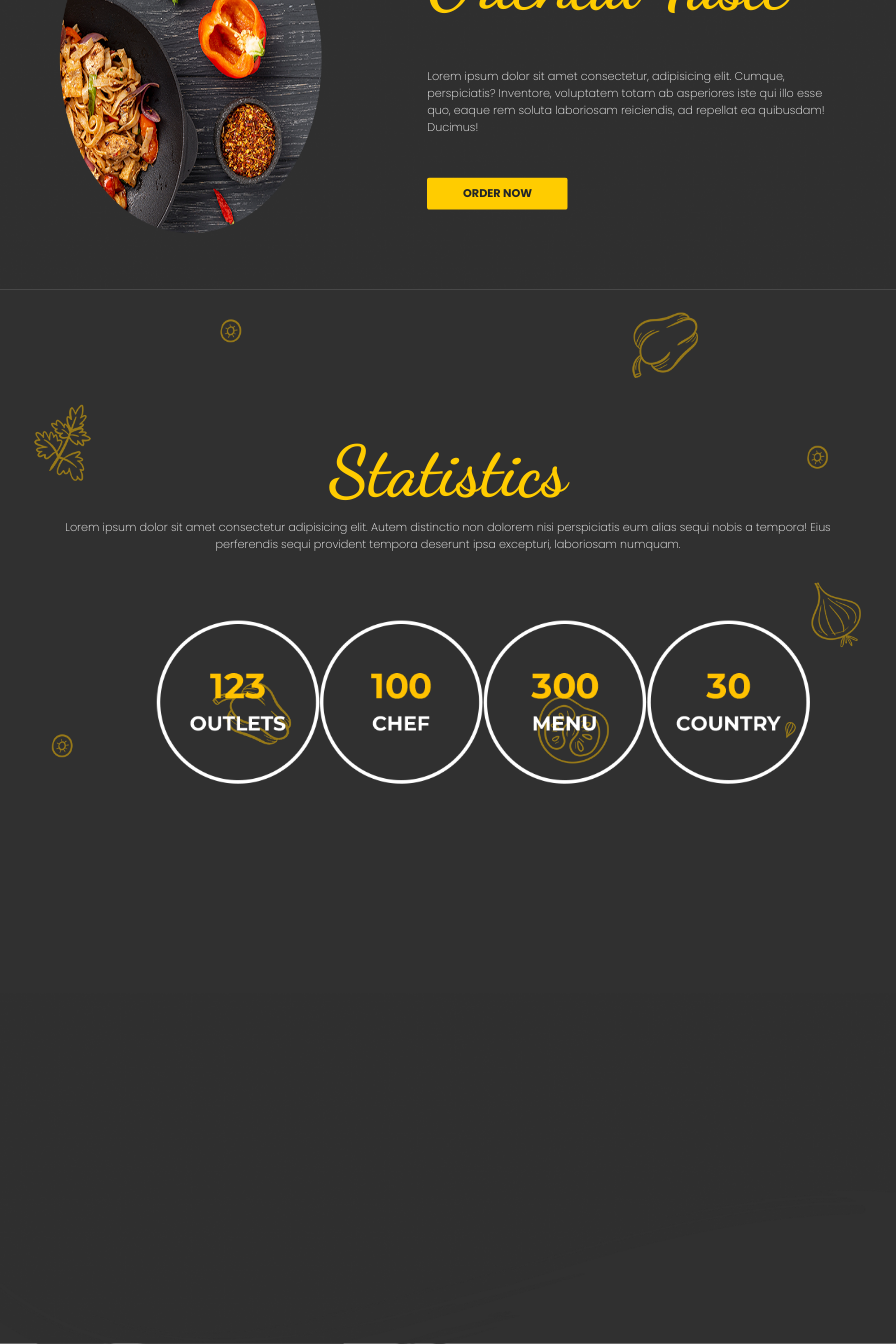
Repository: iphoneboy46/templateRestaurent
Page: index.html
These files come from the project's save history. The page is drawn as it stood at one moment and after the next save; the edit follows.
The browser window is 1280 px wide. The pictures show the part of the page from y = 2171 to 4091 px (the page is 4091 px tall before and 3591 px after), at 70% of full size.

Above is the page before, as saved 2022-10-12 16:28:26.

After the next save:
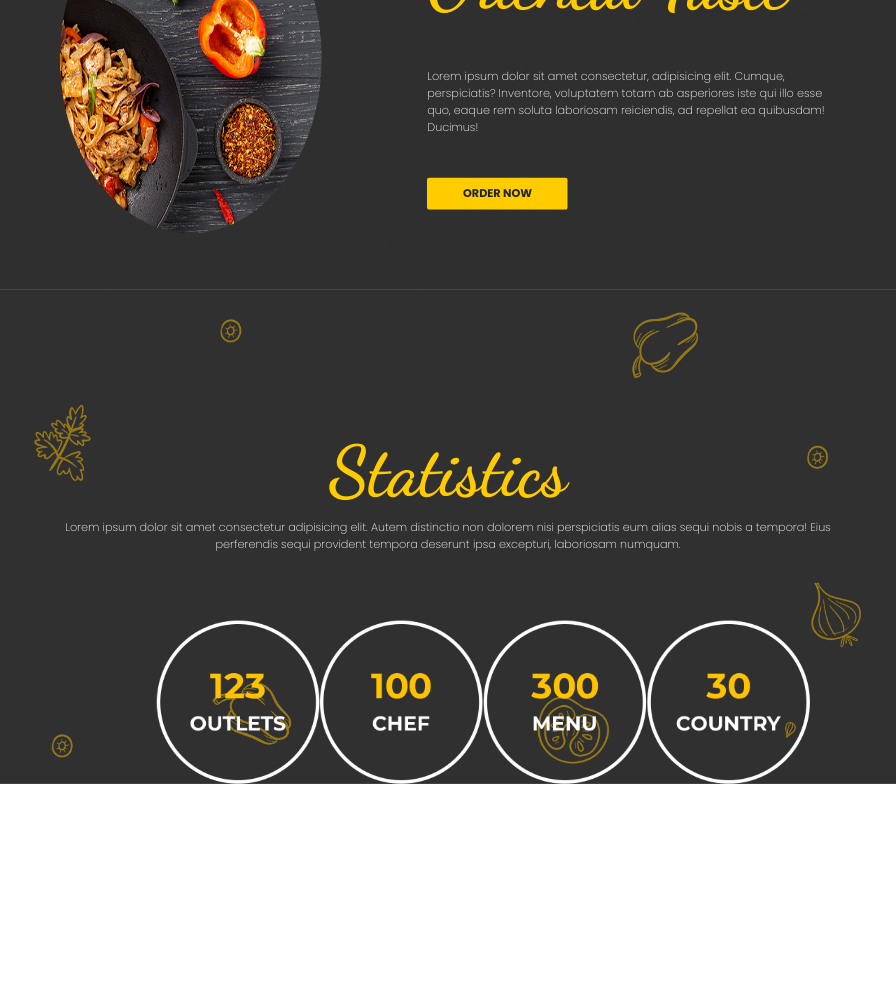
Saved 8 s later.
--- a/style.css
+++ b/style.css
@@ -204,7 +204,6 @@
 .section__Chicken{
     background-image: url(images/Design4.png);
     width: 100%;
-    height: 500px;
     background-repeat: no-repeat;
     background-size: 100%;
     margin-top: 300px;

After the save that followed:
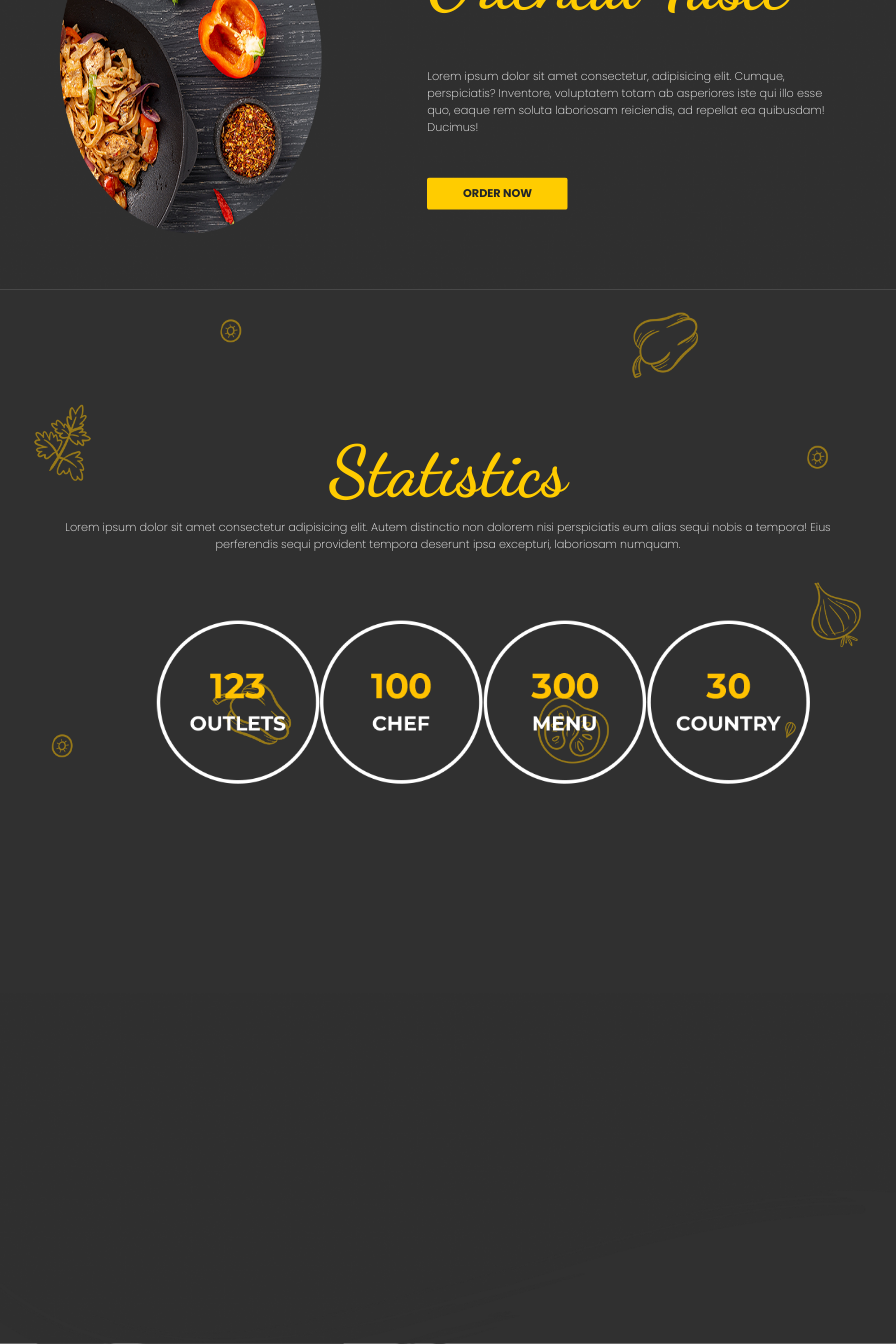
Saved 13 s later.
--- a/style.css
+++ b/style.css
@@ -204,6 +204,7 @@
 .section__Chicken{
     background-image: url(images/Design4.png);
     width: 100%;
+    height: 500px;
     background-repeat: no-repeat;
     background-size: 100%;
     margin-top: 300px;
